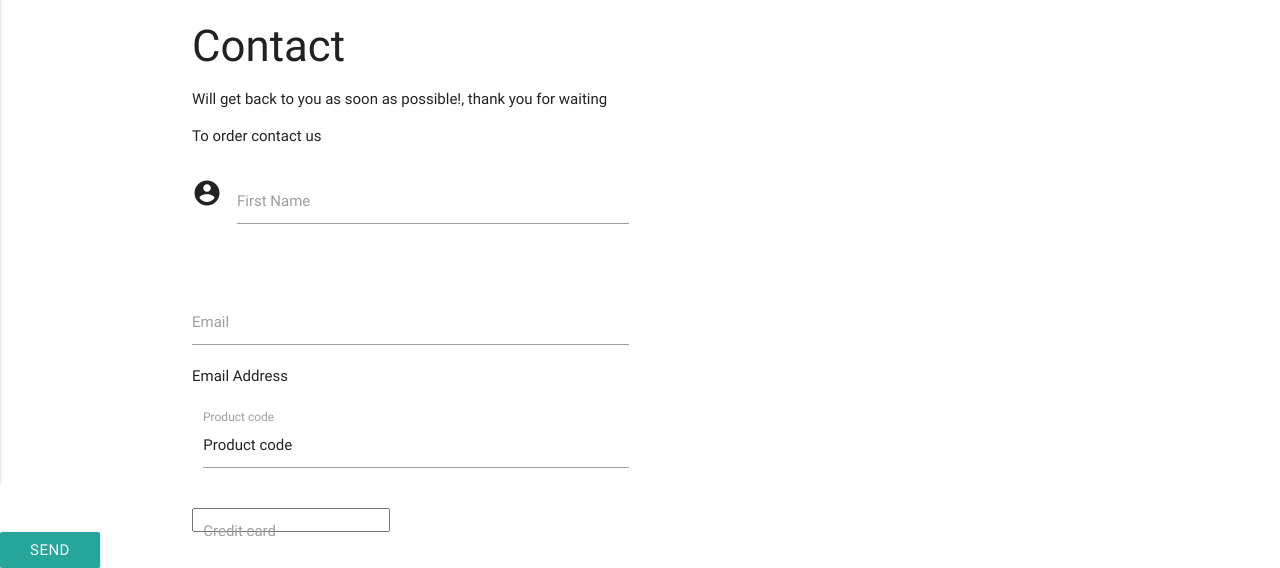
Repository: eazeldon/project-recipes-online-3
Page: http://localhost/contact
The author's editor kept a record of every edit. The page is drawn from the files as they stood at one moment, then again after the next edit.
The browser window is 1280 px wide. The pictures show the part of the page from y = 298 to 866 px (the page is 866 px tall before and 826 px after).
Some web libraries are served in a nearby version. The page is served by the project's application, run on Flask 3 (app.py).

Above is the page before.

After the next edit:
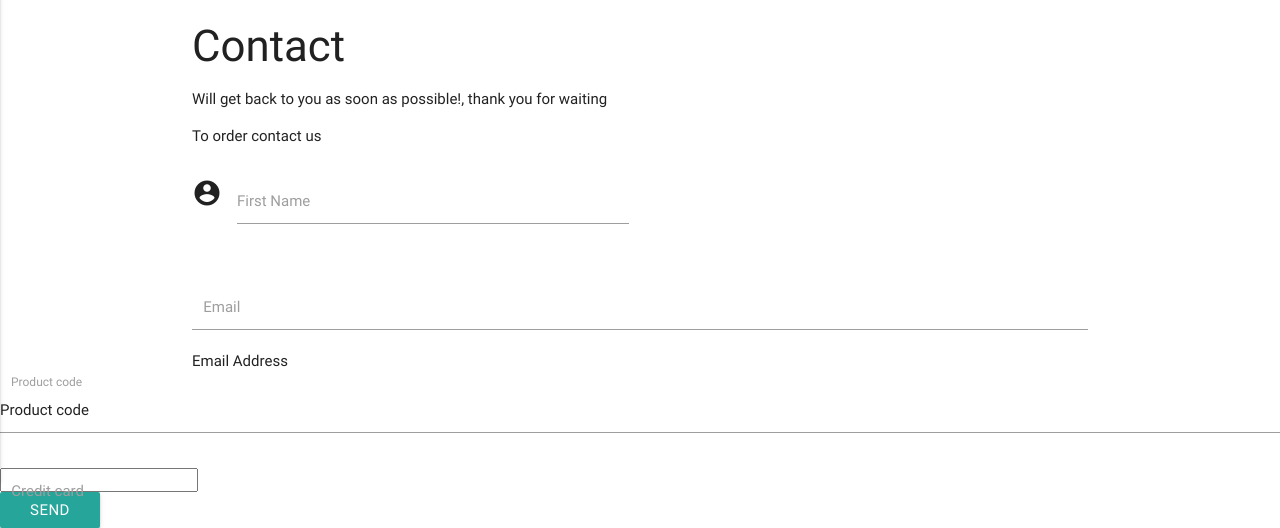
The edit:
--- a/templates/contact.html
+++ b/templates/contact.html
@@ -23,9 +23,7 @@
       </div>
     </form>
 
-  <div class="row">
-    <form class="col s12">
-      <div class="row">
+
        <div class="input-field col s6">
           <input id="email" type="email" class="validate">
           <label for="email">Email</label>
